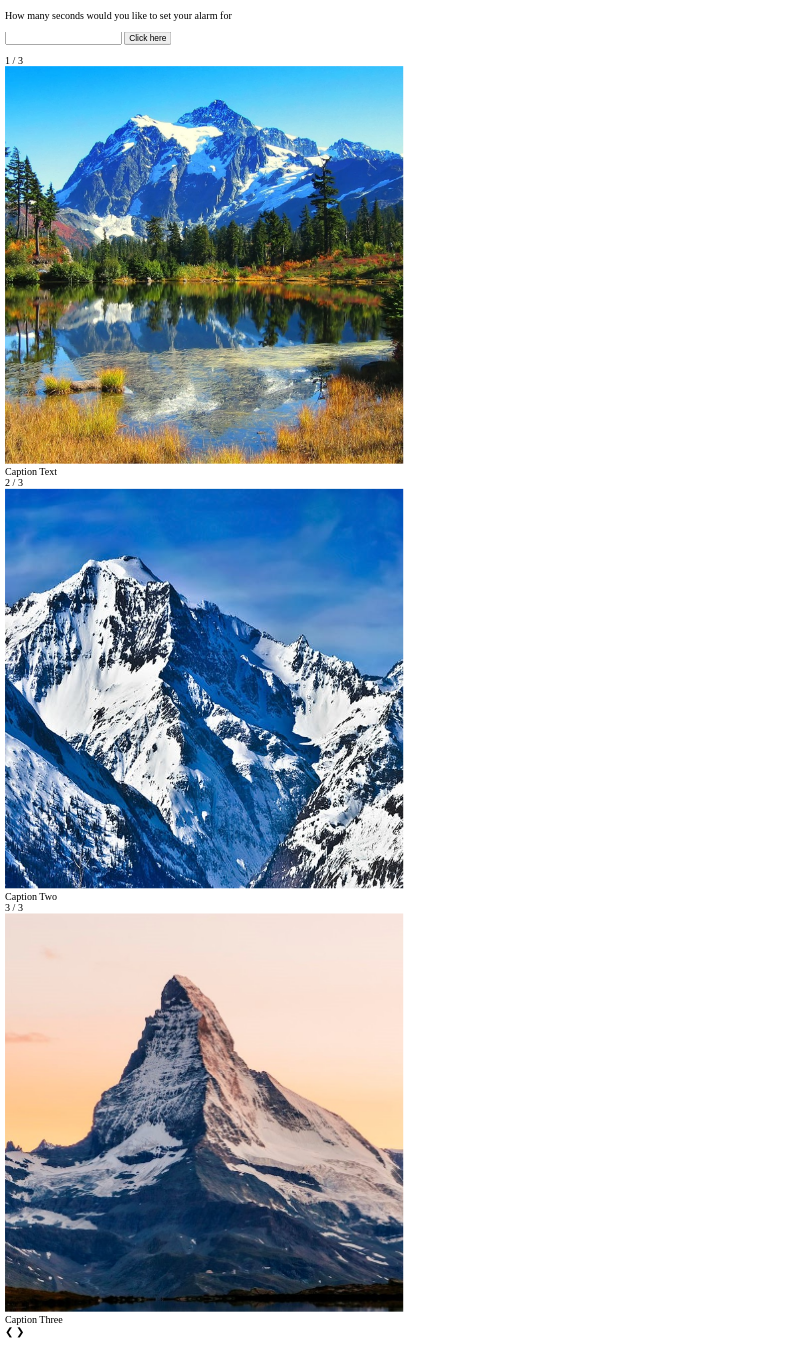
Repository: andyd71/Javascript-Projects
Page: Basic Javascript Projects/Project9_countdown_slideshow/index.html
These files come from the project's save history. The page is drawn as it stood at one moment and after the next save; the edit follows.
The browser window is 1280 px wide. The pictures show the whole page, at 63% of full size.

Above is the page before, as saved 2021-03-06 21:46:27.
Console error: TypeError: Cannot read properties of undefined (reading 'style')

After the next save:
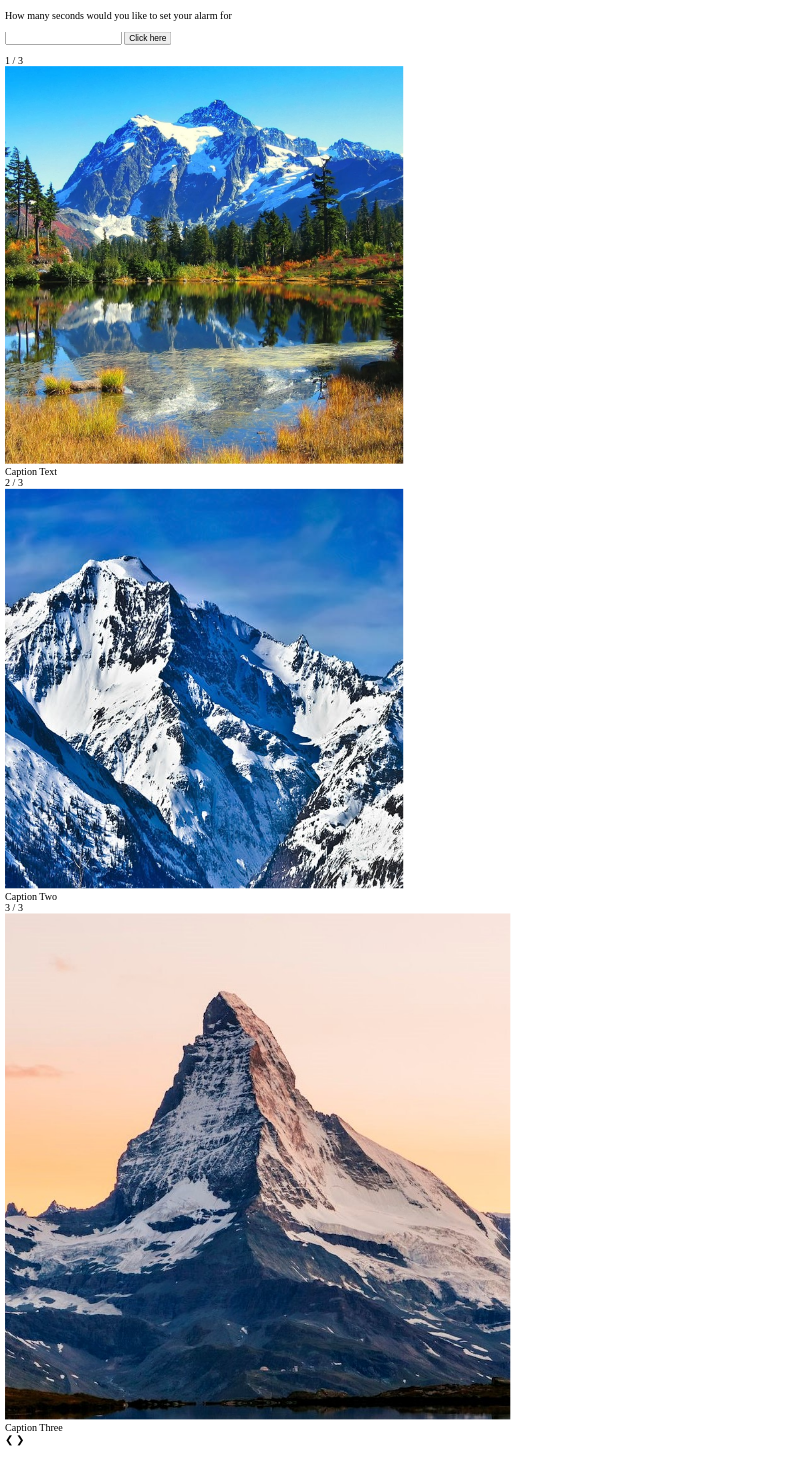
Saved 80 s later.
--- a/Basic Javascript Projects/Project9_countdown_slideshow/index.html
+++ b/Basic Javascript Projects/Project9_countdown_slideshow/index.html
@@ -27,7 +27,7 @@
 
         <div class="mySlides fade">
           <div class="numbertext">3 / 3</div>
-          <img src="mountain.jpg" style="width:50%">
+          <img src="mountain.jpg" style="width:50% height:40px">
           <div class="text">Caption Three</div>
         </div>
 

After the save that followed:
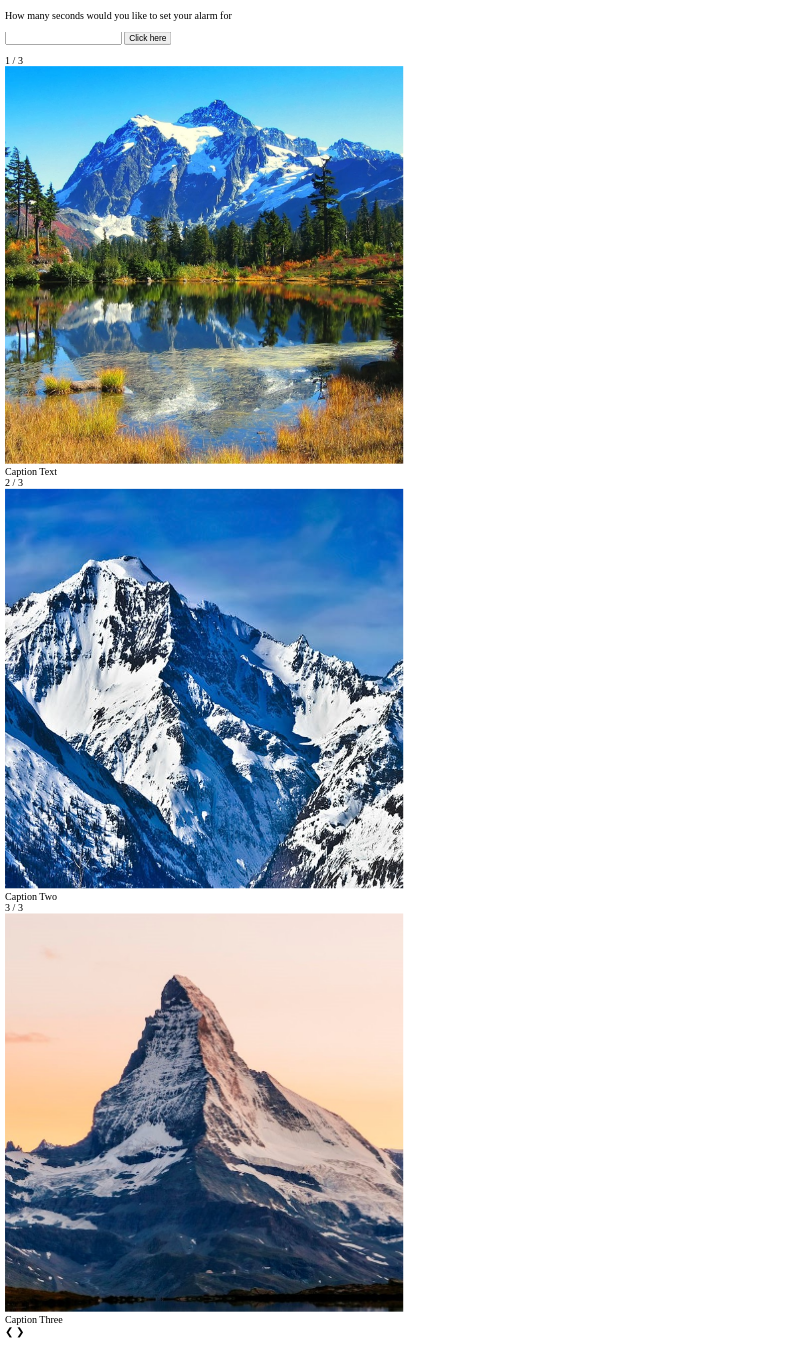
Saved 50 s later.
--- a/Basic Javascript Projects/Project9_countdown_slideshow/index.html
+++ b/Basic Javascript Projects/Project9_countdown_slideshow/index.html
@@ -27,7 +27,7 @@
 
         <div class="mySlides fade">
           <div class="numbertext">3 / 3</div>
-          <img src="mountain.jpg" style="width:50% height:40px">
+          <img src="mountain.jpg" style="width:50%""height:40px">
           <div class="text">Caption Three</div>
         </div>
 
